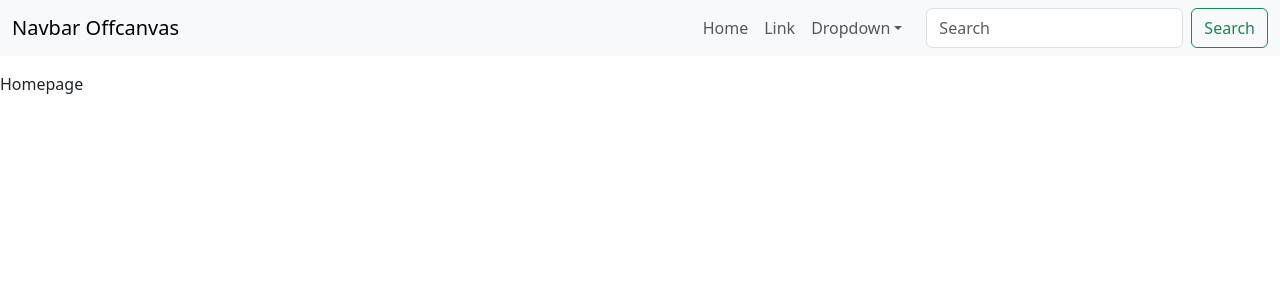
Repository: Luisossandoval/LuisHomePage
Page: /
The author's editor kept a copy of each file at every save. The page is drawn from the files as they stood at one save, then again after the next save.
The browser window is 1280 px wide. The pictures show the whole page.
The project was rebuilt for these pictures with package versions that can differ from the ones it lists, and the page was loaded fresh each time. Also part of the build but not shown: src/App.css, src/layout/AppLayout.module.scss, src/pages/NotFoundPage/NotFoundPage.jsx. Imported but missing from the stored project, and not drawn on this page: src/pages/Biography/Biography.

Above is the page before, as saved 2024-10-16 23:02:26.

After the next save:
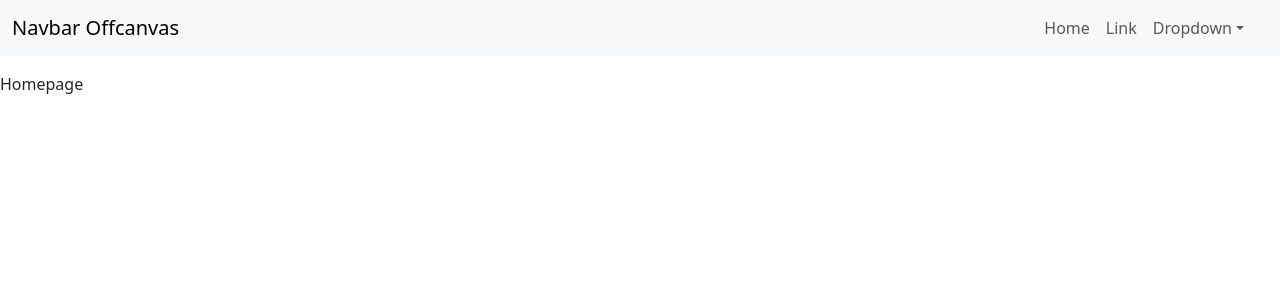
Saved 5 min 26 s later.
--- a/src/layout/AppLayout.js
+++ b/src/layout/AppLayout.js
@@ -45,15 +45,6 @@ const AppLayout = () => {
                     </NavDropdown.Item>
                   </NavDropdown>
                 </Nav>
-                <Form className='d-flex'>
-                  <Form.Control
-                    type='search'
-                    placeholder='Search'
-                    className='me-2'
-                    aria-label='Search'
-                  />
-                  <Button variant='outline-success'>Search</Button>
-                </Form>
               </Offcanvas.Body>
             </Navbar.Offcanvas>
           </Container>
